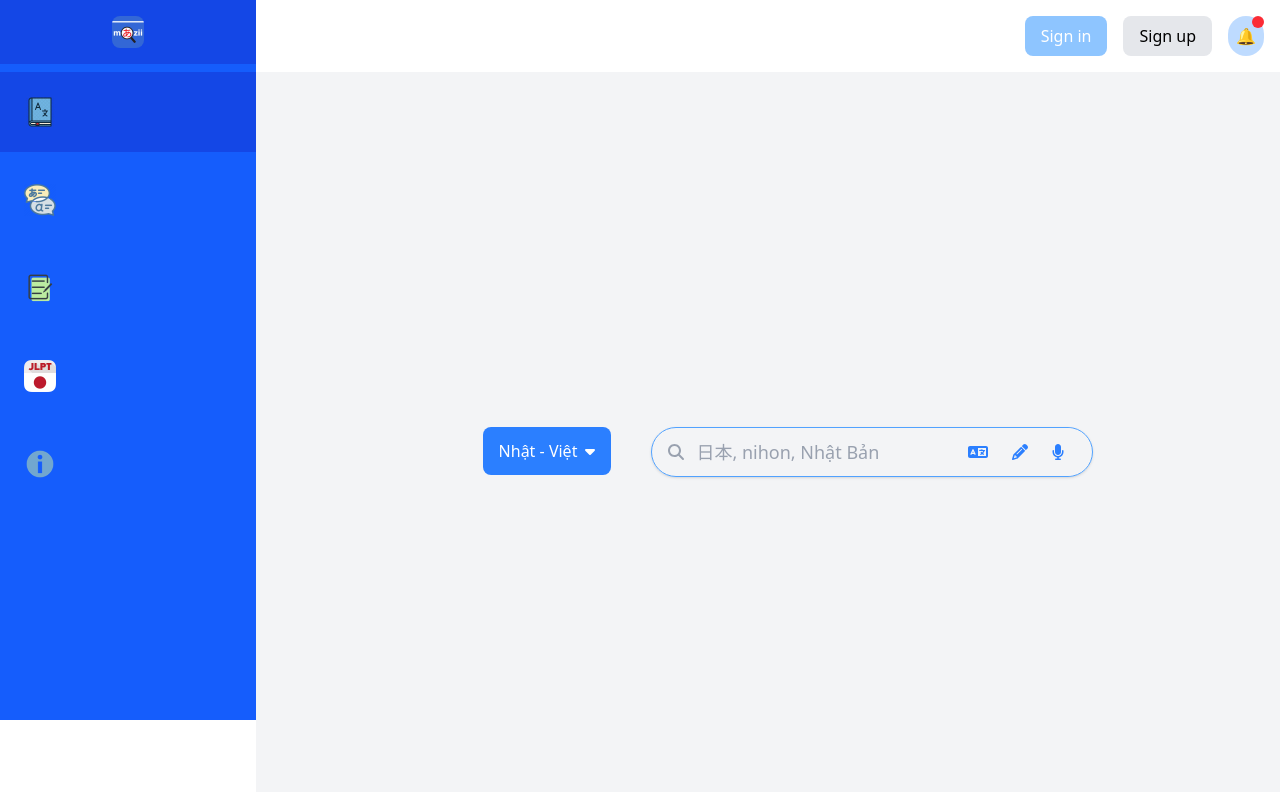
Repository: reminzuetto/JapaneseTranslationApp
Page: /search
An editor plug-in stored every save of this project. The page is shown before and after the next save, followed by the edit.
The browser window is 1280 px wide. The pictures show the whole page.
The page's requests for data from a server got no answer. The project was rebuilt for these pictures with package versions that can differ from the ones it lists, and the page was loaded fresh each time. No one was signed in, and anything a server would have sent is missing. Also part of the build but not shown: vite.config.js, src/components/Header/NotificationItem.jsx, src/pages/Home.jsx, src/Firebase.jsx, src/pages/SignInForm.jsx, src/pages/SignUpForm.jsx, src/components/TranslatePage/LanguageSelector.jsx, src/components/TranslatePage/TextBox.jsx and 10 more. Imported but missing from the stored project, and not drawn on this page: src/components/CollectionPage/Popup.

Above is the page before, as saved 2025-03-31 15:34:55.

After the next save:
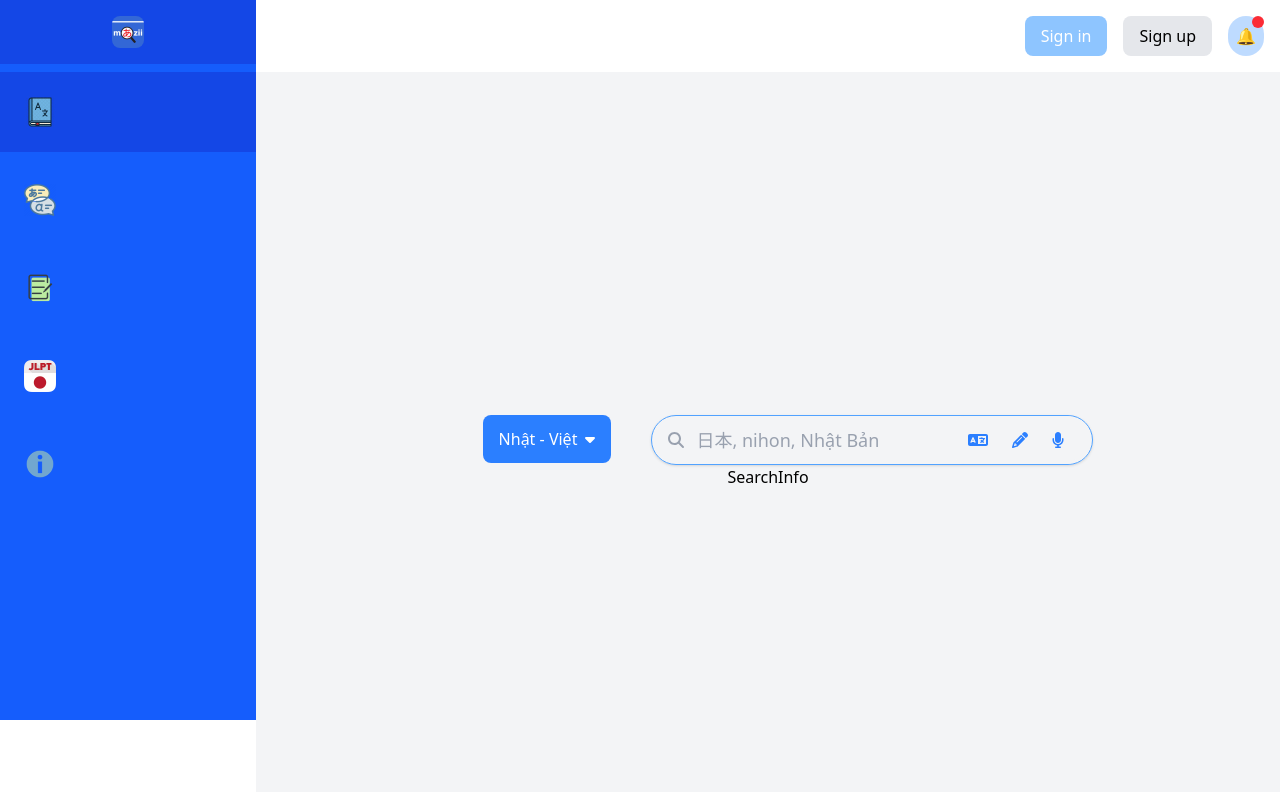
Saved 9 s later.
--- a/src/pages/SearchPage.jsx
+++ b/src/pages/SearchPage.jsx
@@ -1,5 +1,6 @@
 import React from "react";
 import SearchBar from "../components/SeachBar/SearchBar";
+import SearchInfo from "../components/SearchInfo/SearchInfo";
 
 const SearchPage = () => {
   return (
@@ -7,6 +8,7 @@ const SearchPage = () => {
       <div className="mt-10 ">
         <SearchBar></SearchBar>
       </div>
+      <SearchInfo></SearchInfo>
     </div>
   );
 };
